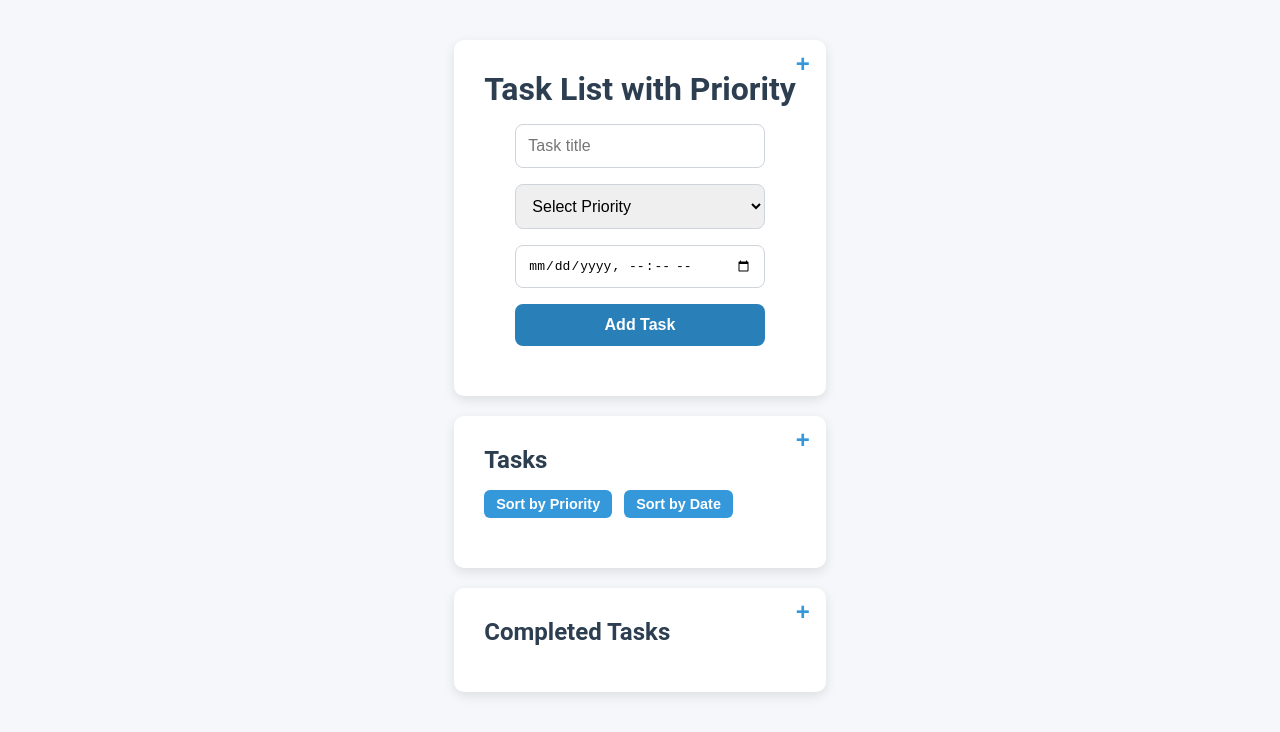
Repository: Lithium87/TaskList
Page: /
An editor plug-in stored every save of this project. The page is shown before and after the next save, followed by the edit.
The browser window is 1280 px wide. The pictures show the whole page.
The project was rebuilt for these pictures with package versions that can differ from the ones it lists, and the page was loaded fresh each time. Also part of the build but not shown: vite.config.js.

Above is the page before, as saved 2025-07-08 16:21:31.

### src/index.css
/* General app styles */
* {
  box-sizing: border-box;
  margin: 0;
  padding: 0;
}

body {
  font-family: "Roboto", sans-serif;
  background-color: #f5f7fa;
  display: flex;
  justify-content: center;
  align-items: flex-start;
  min-height: 100vh;
  padding: 40px;
  color: #333;
}

.app {
  display: flex;
  flex-direction: column;
  gap: 20px;
  max-width: 500px;
  width: 100%;
}

/* Main container for current tasks and completed tasks */
.task-container,
.completed-task-container {
  position: relative;
  background-color: #ffffff;
  border-radius: 10px;
  box-shadow: 0 4px 12px rgba(0, 0, 0, 0.1);
  padding: 30px;
}

/* Headings */
h1,
h2 {
  color: #2c3e50;
  margin-bottom: 16px;
}

/* Completed Task toggle button */
.completed-header {
  display: flex;
  align-items: center;
  justify-content: space-between;
}

.toggle-button {
  background: none;
  border: none;
  cursor: pointer;
  font-size: 1.2em;
  color: #3498db;
  transition: transform 0.3s ease;
}

.toggle-button.open {
  transform: rotate(180deg);
}

/* Sort buttons container */
.sort-controls {
  display: flex;
  justify-content: start;
  align-items: center;
  gap: 12px;
  margin-bottom: 20px;
}

/* Close/open button for sections */
.close-button {
  background: none;
  border: none;
  font-size: 1.5em;
  font-weight: bold;
  color: #3498db;
  cursor: pointer;
  position: absolute;
  top: 10px;
  right: 16px;
  padding: 0;
  transition: color 0.3s, transform 0.3s ease;
}

.close-button.open {
  transform: rotate(135deg); /* Turns "×" into "+" */
  color: #2980b9;
}

.close-button:hover {
  color: #2980b9;
}

/* Sort buttons */
.sort-button {
  padding: 6px 12px;
  background-color: #3498db;
  border: none;
  color: white;
  font-size: 0.9em;
  font-weight: bold;
  border-radius: 6px;
  cursor: pointer;
  transition: background-color 0.3s;
}

.sort-button.active {
  background-color: #2980b9;
  font-weight: bold;
}

.sort-button:hover {
  background-color: #2980b9;
}

/* Task form styles */
.task-form {
  display: flex;
  flex-direction: column;
  align-items: center;
  margin-bottom: 20px;
  animation: fade-in 0.5s ease-in-out;
}

.task-form input[type="text"],
.task-form select,
.task-form input[type="datetime-local"] {
  margin: 0 0 16px 0;
  padding: 12px;
  border-radius: 8px;
  border: 1px solid #ced4da;
  width: 80%;
  font-size: 1em;
  transition: border 0.3s;
}

.task-form input:focus,
.task-form select:focus,
.task-form input[type="datetime-local"]:focus {
  outline: none;
  border-color: #3498db;
}

.task-form button {
  padding: 12px 24px;
  border: none;
  background-color: #2980b9;
  color: white;
  font-size: 1em;
  font-weight: bold;
  border-radius: 8px;
  cursor: pointer;
  transition: background-color 0.3s, transform 0.2s;
  width: 80%;
}

.task-form button:hover {
  background-color: #2980b9;
  transform: translateY(-2px);
}

/* Task list styles */
.task-list,
.completed-task-list {
  list-style-type: none;
  padding: 0;
  width: 100%;
}

/* Task item styles */
.task-item {
  padding: 15px;
  border-radius: 8px;
  display: flex;
  justify-content: space-between;
  align-items: center;
  margin: 10px 0;
  font-size: 1.1em;
  transition: transform 0.2s, opacity 0.3s;
  animation: fade-in 0.5s ease-in-out;
}

.task-item.high {
  background-color: #f8d7da;
  color: #721c24;
  border-left: 6px solid #f5c6cb;
}

.task-item.medium {
  background-color: #fff3cd;
  color: #856404;
  border-left: 6px solid #ffeeba;
}

.task-item.low {
  background-color: #d4edda;
  color: #155724;
  border-left: 6px solid #c3e6cb;
}

.task-item:hover {
  transform: scale(1.02);
}

.task-info {
  flex: 1;
  text-align: left;
}

/* Date text style */
.task-deadline {
  font-size: 0.85em;
  color: #666;
  margin-top: 5px;
}

/* Buttons container for vertical alignment */
.task-buttons {
  display: flex;
  flex-direction: column;
  gap: 6px;
}

/* Complete button */
.complete-button {
  padding: 6px 10px;
  background-color: #2ecc71;
  border: none;
  color: white;
  border-radius: 6px;
  font-size: 0.85em;
  font-weight: bold;
  cursor: pointer;
  transition: background-color 0.3s, transform 0.2s;
}

.complete-button:hover {
  background-color: #27ae60;
  transform: translateY(-2px);
}

/* Delete button */
.delete-button {
  padding: 6px 10px;
  background-color: #e74c3c;
  border: none;
  color: white;
  border-radius: 6px;
  font-size: 0.85em;
  font-weight: bold;
  cursor: pointer;
  transition: background-color 0.3s, transform 0.2s;
}

.delete-button:hover {
  background-color: #c0392b;
  transform: translateY(-2px);
}

/* Completed task item */
.task-item.completed {
  background-color: #e0f7df;
  color: #155724;
  border-left: 6px solid #a5d6a7;
  opacity: 0.9;
}

/* Animation for completed tasks */
.completed-task-list .task-item {
  animation: fade-in 0.5s ease-in-out;
}

@keyframes fade-in {
  from {
    opacity: 0;
    transform: translateY(-10px);
  }
  to {
    opacity: 1;
    transform: translateY(0);
  }
}

/* Completed task list container with smooth slide-down effect */
.completed-task-list-container {
  overflow: hidden;
  max-height: 0;
  opacity: 0;
  transition: max-height 0.5s ease, opacity 0.5s ease;
}

.completed-task-list-container.open {
  max-height: 500px; /* Adjust as needed */
  opacity: 1;
}

/* Completed task list section */
.completed-task-list,
.task-list {
  margin-top: 20px;
  padding-top: 10px;
  border-top: 2px solid #ddd;
}

.footer {
  text-align: center;
  margin-top: 20px;
  padding: 10px;
  background-color: #f0f0f0;
  font-size: 0.9em;
}

### src/App.jsx
function App () {
  return (
    <div className="app">
      <div className="task-container">
        <h1>Task List with Priority</h1>
        <button className="close-button">+</button>
        <TaskForm />
      </div>

      <div className="task-container">
        <h2>Tasks</h2>
        <button className="close-button">+</button>
        <div className="sort-controls">
          <button className="sort-button">Sort by Priority</button>
          <button className="sort-button">Sort by Date</button>
        </div>
      </div>

      <div className="completed-task-container">
        <h2>Completed Tasks</h2>
        <button className="close-button">+</button>
      </div>
    </div>
  );
}

const TaskForm = () => {
  return (
    <form className="task-form">
      <input type="text" value={''} placeholder="Task title" required />
      <select value={''} required>
        <option value="" disabled>Select Priority</option>
        <option value="low">Low Priority</option>
        <option value="medium">Medium Priority</option>
        <option value="high">High Priority</option>
      </select>
      <input type="datetime-local" value={''} required />
      <button type="submit">Add Task</button>
    </form>
  );
};

export default App;

Loaded but not shown: src/main.jsx (common file)

After the next save:
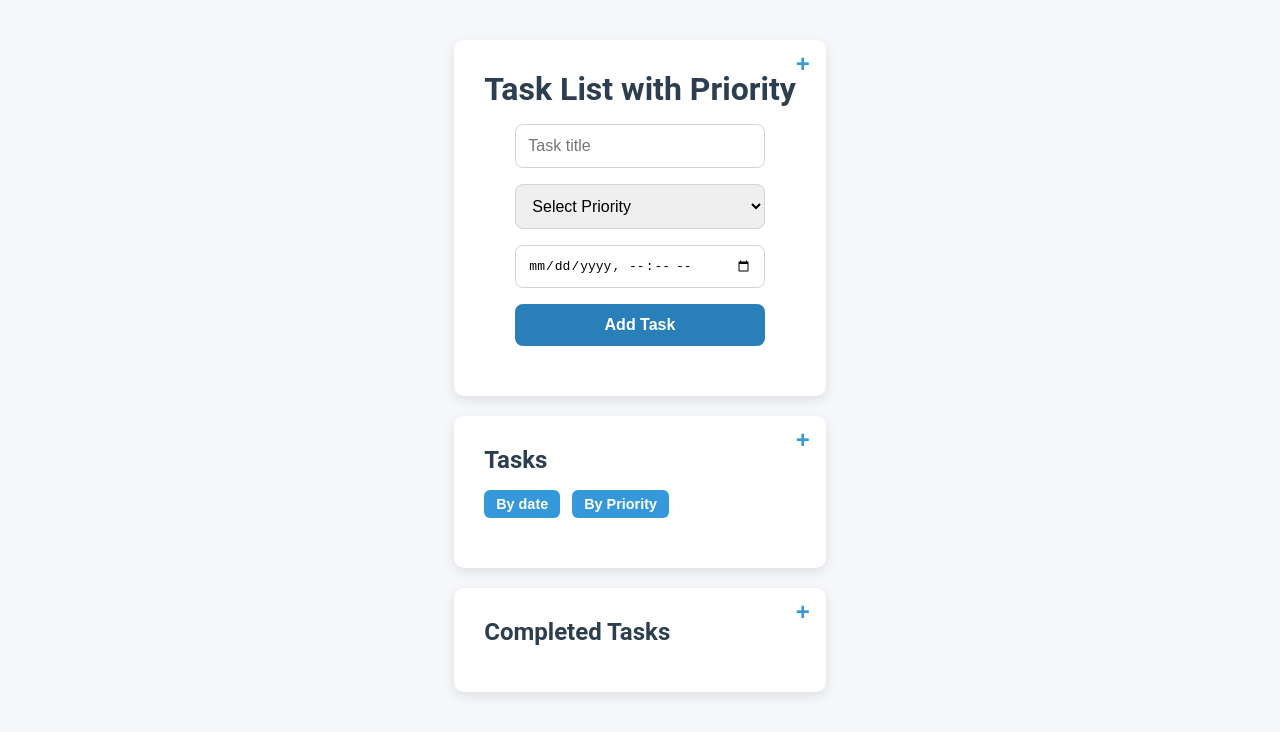
Saved 6 min 38 s later.
--- a/src/App.jsx
+++ b/src/App.jsx
@@ -11,8 +11,8 @@ function App () {
         <h2>Tasks</h2>
         <button className="close-button">+</button>
         <div className="sort-controls">
-          <button className="sort-button">Sort by Priority</button>
-          <button className="sort-button">Sort by Date</button>
+          <button className="sort-button">By date</button>
+          <button className="sort-button">By Priority</button>
         </div>
       </div>
 
